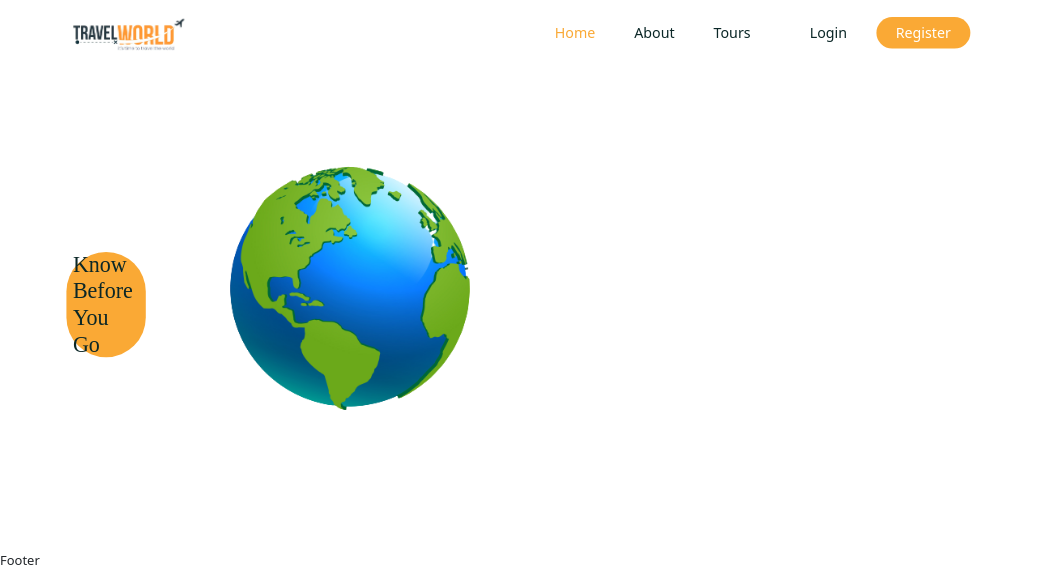
Repository: remydev47/travell-agency
Page: /
These files come from the project's save history. The page is drawn as it stood at one moment and after the next save; the edit follows.
The browser window is 1280 px wide. The pictures show the whole page, at 81% of full size.
Some web fonts or font styles are not loaded; a fallback is used. The project was rebuilt for these pictures with package versions that can differ from the ones it lists, and the page was loaded fresh each time. Also part of the build but not shown: vite.config.js, src/styles/home.css, src/pages/Login.jsx, src/pages/TourDetails.jsx, src/pages/Tours.jsx, src/pages/SearchResultList.jsx, src/pages/Register.jsx. Imported but missing from the stored project, and not drawn on this page: src/assets/images/hero-video.mp4.

Above is the page before, as saved 2023-01-31 11:36:19.

### src/main.jsx
import React from 'react'
import ReactDOM from 'react-dom/client'
import App from './App'
import "bootstrap/dist/css/bootstrap.min.css";
import "remixicon/fonts/remixicon.css";
import "slick-carousel/slick/slick.css";
import "slick-carousel/slick/slick-theme.css";
import { BrowserRouter } from 'react-router-dom';

ReactDOM.createRoot(document.getElementById('root')).render(
  <React.StrictMode>
    <BrowserRouter>
      <App />
    </BrowserRouter>
  </React.StrictMode>,
)

### src/App.jsx
import { useState } from 'react'
import './App.css'
import Layout from './components/Layout/Layout'

function App() {
  return (
    <>
      <Layout />
    </>
  )
}

export default App

### src/components/Layout/Layout.jsx
import React from 'react';
import Header from '../Header/Header';
import Footer from '../Footer/Footer';
import Routers from '../../router/Routers';

const Layout = () => {
  return (
   <>
     <Header />
     <Routers />
     <Footer />
   </>
  )
}

export default Layout

### src/components/Header/Header.jsx
import React from 'react';
import { Container, Row, Button } from 'reactstrap';
import { NavLink, Link  } from 'react-router-dom';
import logo from "../../assets/images/logo.png";
import './header.css';

const nav__links=[
  {
    path:'/home',
    display: 'Home'
  },
  {
    path:'/about',
    display: 'About'
  },
  {
    path:'/tours',
    display: 'Tours'
  },
]

const Header = () => {
  return (
    <header className="header">
      <Container>
        <Row>
          <div className="nav__wrapper d-flex align-items-center
           justify-content-between ">
            {/* Logo start */}
            <div className="logo">
              <img src={logo} />
            </div>
            {/* Logo ends */}

            {/* menu starts */}
            <div className="navigation">
              <ul className="menu d-flex align-items-center gap-5">
                {nav__links.map((item, index) => (
                  <li className="nav__item" key={index}>
                    <NavLink
                     to={item.path}
                     className={navClass=> navClass.isActive ? 'active__link' : ''}
                     >
                      {item.display}
                    </NavLink>
                  </li>
                ))}
              </ul>
            </div>
            {/* menu ends */}

            <div className="nav__right d-flex align-items-center gap-4">
              <div className="nav__btns d-flex align-items-center gap-4">
                <Button className='btn secondary__btn '>
                  <Link to="/login">Login</Link>
                </Button>

                <Button className='btn primary__btn '>
                  <Link to="/register">Register</Link>
                </Button>
              </div>
            </div>

          </div>
        </Row>
      </Container>
    </header>
  )
}

export default Header

### src/router/Routers.js
import React from 'react';
import { Routes, Route, Navigate } from 'react-router-dom';

import { SearchResultList, Tours, TourDetails, Login, Register, Home } from '../pages';

const Routers = () => {
  return (
    <Routes>
        <Route path="/" element={<Navigate to='/home' />} />
        <Route path="/home" element={<Home />} />
        <Route path="/tours" element={<Tours />} />
        <Route path="/tours:id" element={<TourDetails />} />
        <Route path="/login" element={<Login />} />
        <Route path="/register" element={<Register />} />
        <Route path="/tours/search" element={<SearchResultList />} />
    </Routes>
  )
}

export default Routers

### src/components/Header/header.css
.header{
    width: 100%;
    height: 80px;
    line-height: 80px;
}

.logo img{
    width: 30%;
}

.menu{
    margin-bottom: 0;
}

.nav__item a{
    text-decoration: none;
    color: var(--heading-color);
    font-weight: 500;
    font-size: 1.1rem;
}

.nav__item a:hover{
    color: inherit;
}

.nav__item a.active__link{
    color: var(--secondary-color);
}

.mobile__menu{
    font-size: 1.3rem;
    color: var(--heading-color);
    display: none;
}

.stick__header{
    width: 100%;
    height: 80px;
    line-height: 80px;
    background: #fff;
    position: sticky;
    top: 0;
    left: 0;
    box-shadow: 3ps 3px 8px #ddd;
    z-index: 999;
}

### src/pages/index.js
import Home from "./Home"
import Login from "./Login";
import TourDetails from "./TourDetails";
import Tours from "./Tours";
import SearchResultList from "./SearchResultList";
import Register from "./Register";

export {
    Home, Tours, TourDetails, Login, SearchResultList, Register
}

### src/pages/Home.jsx
import React from 'react';
import '../styles/home.css';
import  { Container, Row, Col } from 'reactstrap';
import heroImg from '../assets/images/hero-img01.jpg';
import heroImg02 from '../assets/images/hero-img02.jpg';
import heroVideo from '../assets/images/hero-video.mp4';
import worldImg from '../assets/images/world.png'
import Subtitle from '../shared/Subtitle';

const Home = () => {
  return (
    <>
     <section>
      <Container>
        <Row>
          <Col lg="6">
            <div className='hero__content'>
              <div className="hero__subtitle d-flex align-items-center">
                <Subtitle subtitle={'Know Before You Go'}/>
                <img src={worldImg} alt=''/>
              </div>
            </div>
          </Col>
        </Row>
      </Container>
     </section>
    </>
  )
}

export default Home

### src/shared/Subtitle.jsx
import React from 'react'

const Subtitle = ({ subtitle }) => {
  return (
    <h3 className='section__subtitle'>{subtitle}</h3>
  )
}

export default Subtitle

Loaded but not shown: index.html (common file); src/App.css (common file); src/components/Footer/Footer.jsx (common file)

After the next save:
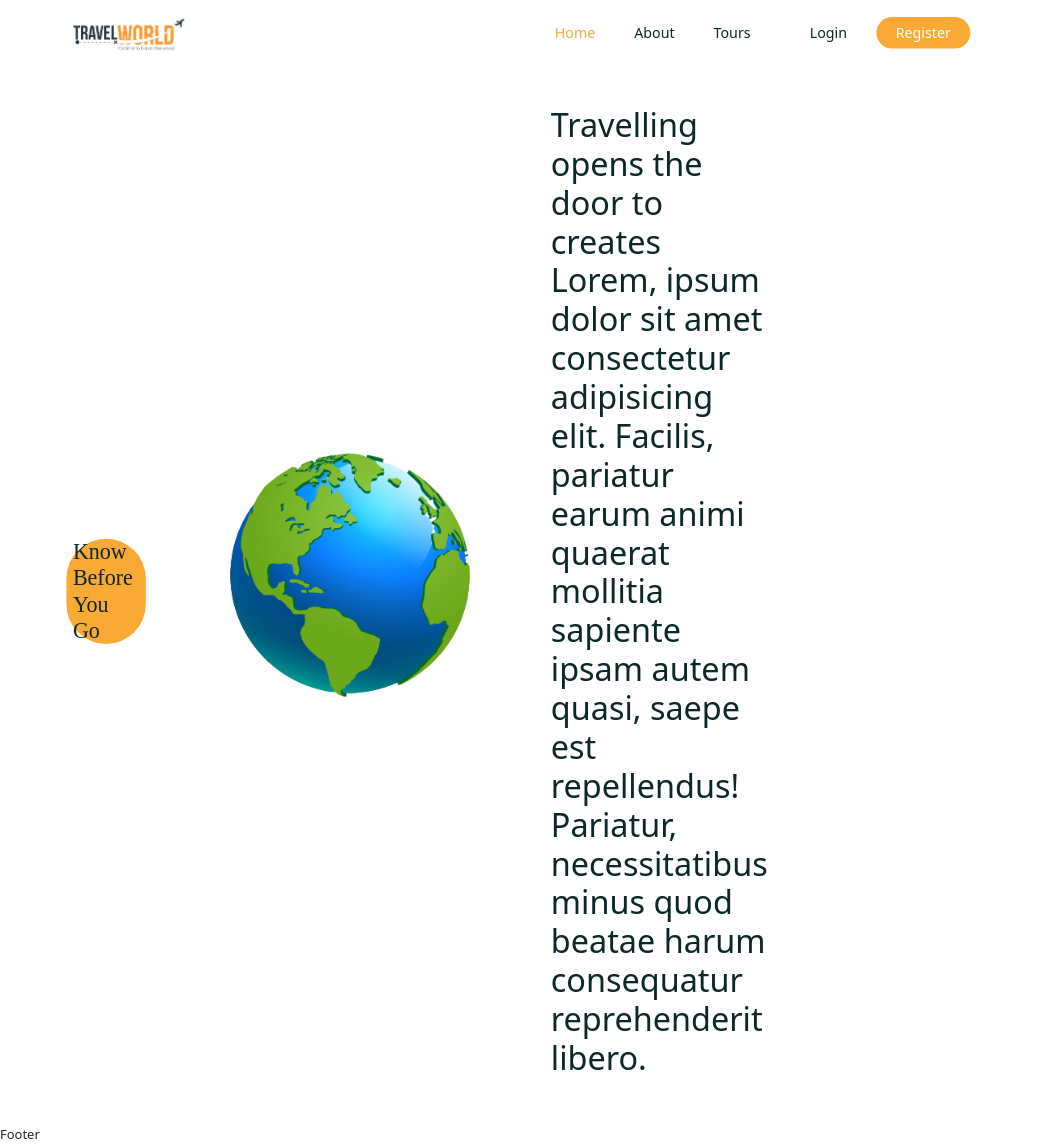
Saved 10 min 10 s later.
--- a/src/pages/Home.jsx
+++ b/src/pages/Home.jsx
@@ -18,6 +18,7 @@ const Home = () => {
               <div className="hero__subtitle d-flex align-items-center">
                 <Subtitle subtitle={'Know Before You Go'}/>
                 <img src={worldImg} alt=''/>
+                <h1>Travelling opens the door to creates <span className="highlights">Lorem, ipsum dolor sit amet consectetur adipisicing elit. Facilis, pariatur earum animi quaerat mollitia sapiente ipsam autem quasi, saepe est repellendus! Pariatur, necessitatibus minus quod beatae harum consequatur reprehenderit libero.</span></h1>
               </div>
             </div>
           </Col>
